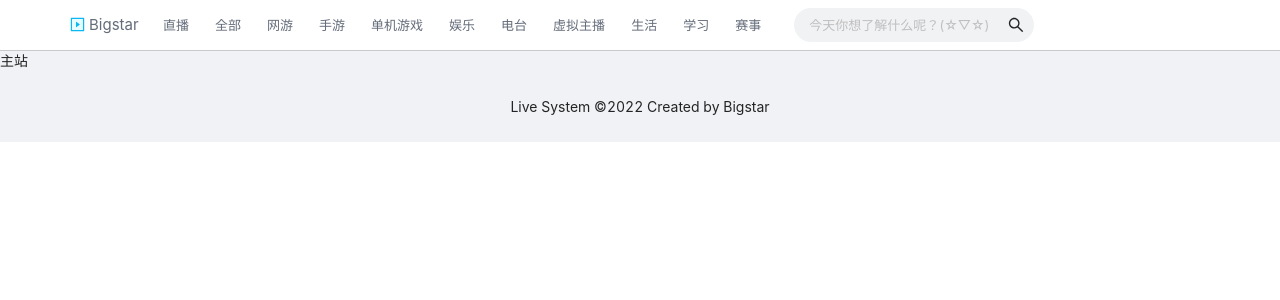
Repository: Bigstar-hyx/webrtc-react
Page: /
An editor plug-in stored every save of this project. The page is shown before and after the next save, followed by the edit.
The browser window is 1280 px wide. The pictures show the whole page.
The project was rebuilt for these pictures with package versions that can differ from the ones it lists, and the page was loaded fresh each time. Also part of the build but not shown: craco.config.js, webpack.config.js, src/pages/live/Index.css, src/pages/live/component/Content/Video/video.css, src/pages/live/component/Content/Video/Video.js, src/pages/live/component/Content/Comments/comments.css, src/pages/live/component/Content/Comments/TalkSend.js, src/pages/live/component/Content/Comments/Talk.js and 5 more.

Above is the page before, as saved 2022-01-30 17:42:50.

After the next save:
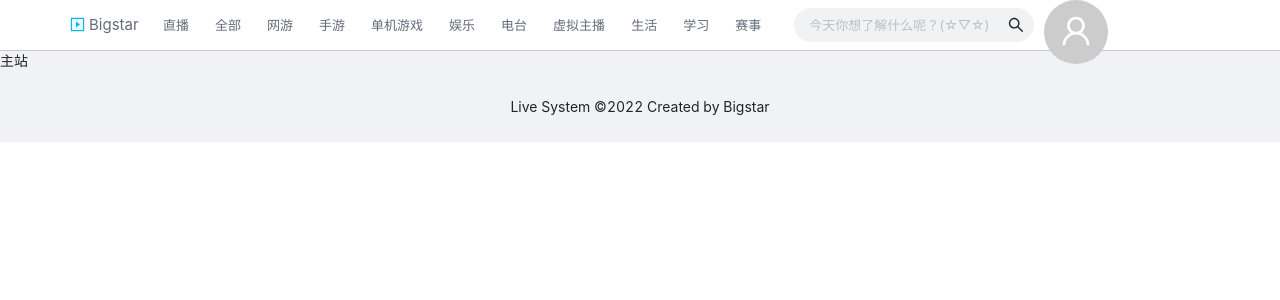
Saved 47 min 36 s later.
--- a/src/top/Index.js
+++ b/src/top/Index.js
@@ -1,5 +1,5 @@
-// import { PlaySquareTwoTone } from 'antd'
-import { PlaySquareTwoTone } from '@ant-design/icons'
+import { Avatar } from 'antd'
+import { PlaySquareTwoTone, UserOutlined } from '@ant-design/icons'
 
 import TopMenu from './component/TopMenu'
 import TopSearch from './component/TopSearch'
@@ -15,6 +15,9 @@ function TopIndex() {
       </div>
       <TopMenu />
       <TopSearch />
+      <div>
+        <Avatar size={64} icon={<UserOutlined />} />
+      </div>
     </>
   )
 }
